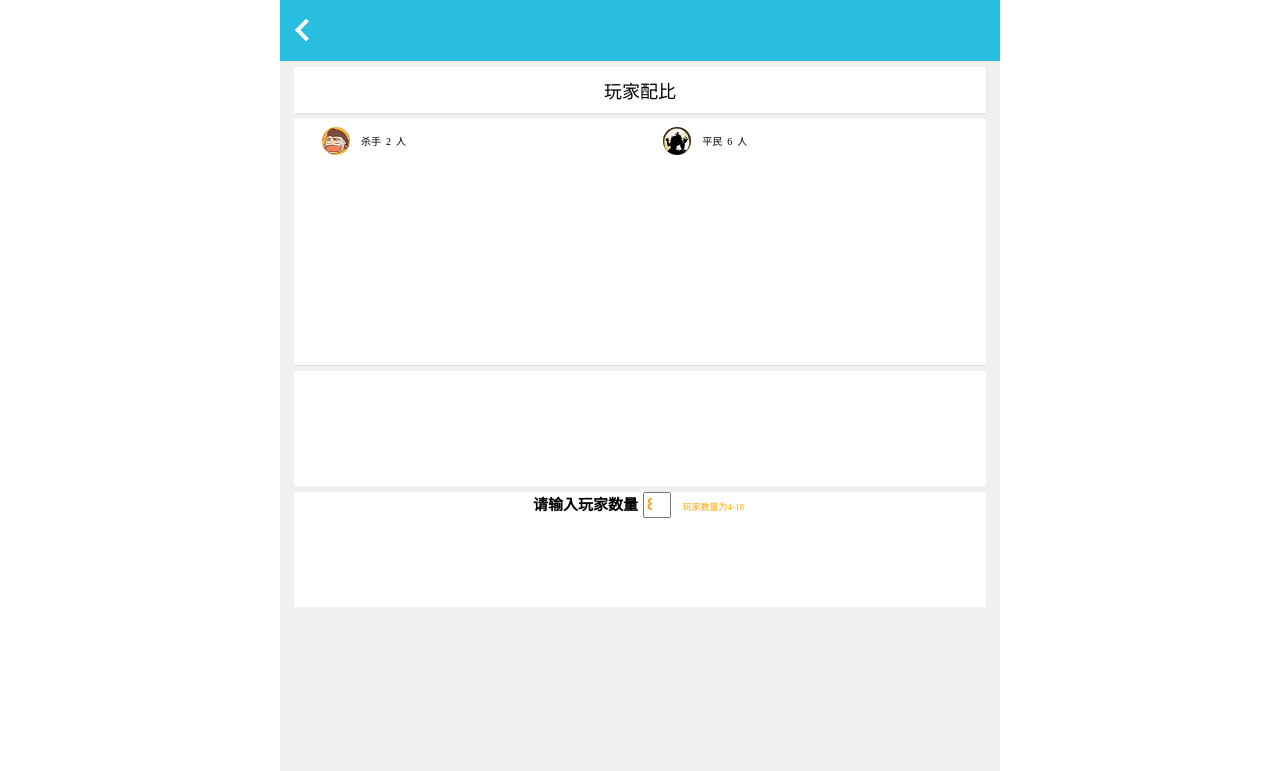
Repository: leozhangpd/My-Codes
Page: JS/two-project/deploy_page.html
The author's editor kept a copy of each file at every save. The page is drawn from the files as they stood at one save, then again after a run of saves.
The browser window is 1280 px wide. The pictures show the whole page.

Above is the page before, as saved 2020-11-09 17:33:09.

### JS/two-project/deploy_page.html
<!DOCTYPE html>
<html lang="en">
    <head>
        <meta charset="UTF-8">
        <meta name="viewport" content="width=device-width,initial-scale=1.0,maximum-scale=1.0,user-scalable=0" />
        <link rel="stylesheet" href="css/deploy_page.css" type="text/css">
        <title>匹配</title>
    </head>
    <body>
        <header>
            <a href='home_page.html'></a>
        </header>
        <main>
            <div class="title">玩家配比</div>
            <ul class="list">
                <li>
                    <img src="images/footman.png">
                    <span>杀手&nbsp;&nbsp;2&nbsp;&nbsp;人</span>
                </li>
                <li>
                    <img src="images/wolf.png">
                    <span>平民&nbsp;&nbsp;6&nbsp;&nbsp;人</span>
                </li>
            </ul>
            <div class="work-group"></div>
            <div class="player-number">
                <span>请输入玩家数量</span>&nbsp;
                <input type="number" value="8">&nbsp;&nbsp;
                <span>玩家数量为4-18</span>
            </div>
        </main>
        <footer></footer>
    </body>
</html>

### JS/two-project/css/deploy_page.css
ul{
    list-style-type: none;
    margin: 0;padding: 0;
}
button{
    outline: none;
    border:none;
}
html{
    font-size: 62.5%;
    background: #fff;
    height: 100vh;
}
body{
    height: 100%;
    margin:0 auto;
    padding-bottom: 4%;
    max-width: 720px;
    min-width: 320px;
    background: #f0f0f0;
}
header{
    padding: 3% 5% 3% 2.5%;
    background-color: #29bde0;
}
header>a{
    display: inline-block;
    padding: 8px;
    box-shadow: inset 4px -4px 0 0 #ffffff;
    transform: rotate(45deg);
}
header>button div{
    margin-top: .5rem;
    height: .3rem;
    background-color: #fff;
}
main{
    margin:0 auto;
    width: 96%;
}
main>*{background-color: #fff;}
.title{
    padding: 1rem 0;
    margin: .6rem 0;
    text-align: center;
    font-size: 1.8rem;
    font-weight: 540;
    box-shadow: 1px 2px 2px -1px rgb(218, 218, 218);
}
.list{
    min-height: 23rem;
    padding: 8px 0;
    box-shadow: 0 2px 0 -1px rgb(218, 218, 218);
}
.list>li{
    display: inline-block;
    width: 45%;
    margin-left: 4%;
}
.list img{
    float: left;
    width: 28px;
    border-radius: 50%;
}
.list>li>span{
    display: block;
    padding: 6px 0 0 39px;
}
.work-group,
.player-number{
    margin: .6rem 0;
    padding: ;
    min-height: 11.5rem;
    text-align: center;
}
.player-number>span:nth-child(1),
.player-number>input{
    font-size: 1.5rem;
    font-weight: bold;
}
.player-number>input{
    font-size: 1.6rem;
    width: 2rem;
    height: 2rem;
    text-align: center;
}
.player-number>input,
.player-number>span:nth-of-type(2){
    color: orange;
}
.player-number>span:nth-of-type(2){
    display: inline-block;
    transform: scale(0.9);
}

After the next 3 saves:
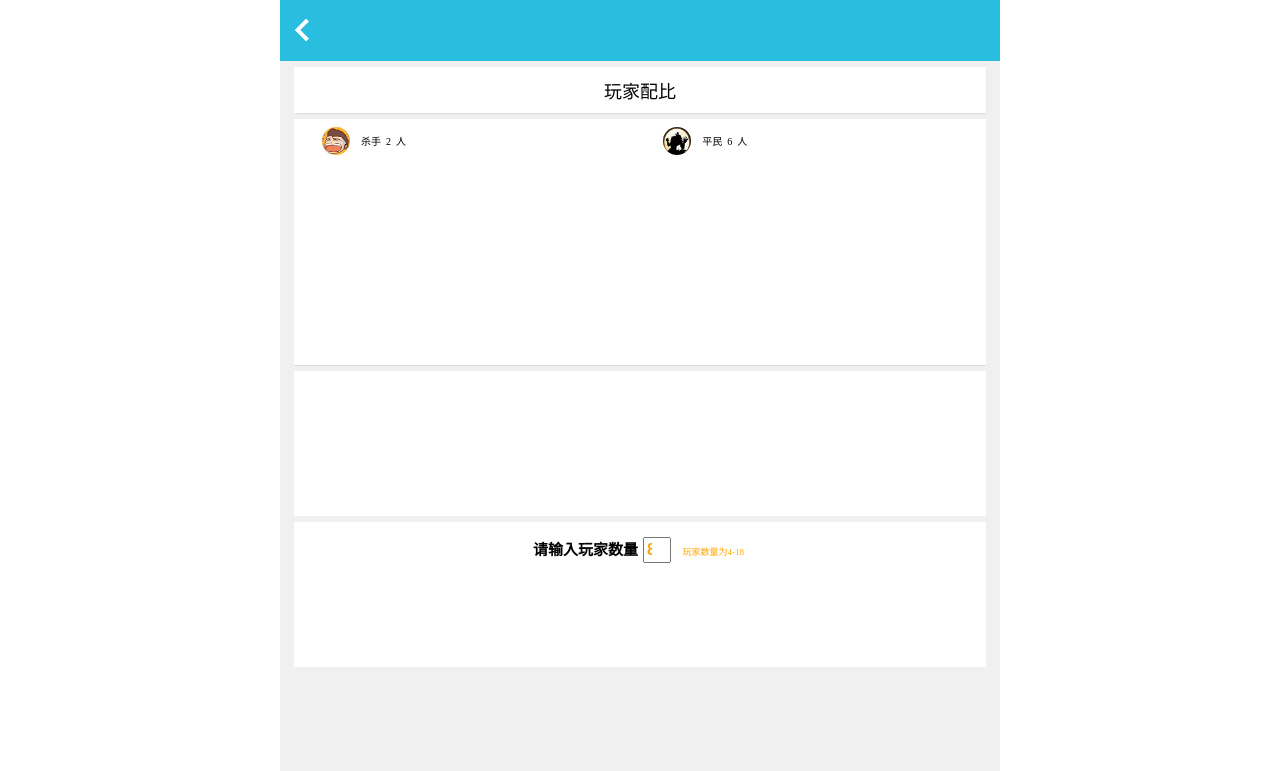
The 3 saves are shown as one change because they came seconds apart.
The last was saved 10 s later.
--- a/JS/two-project/css/deploy_page.css
+++ b/JS/two-project/css/deploy_page.css
@@ -69,7 +69,7 @@ main>*{background-color: #fff;}
 .work-group,
 .player-number{
     margin: .6rem 0;
-    padding: ;
+    padding: 1.5rem ;
     min-height: 11.5rem;
     text-align: center;
 }
